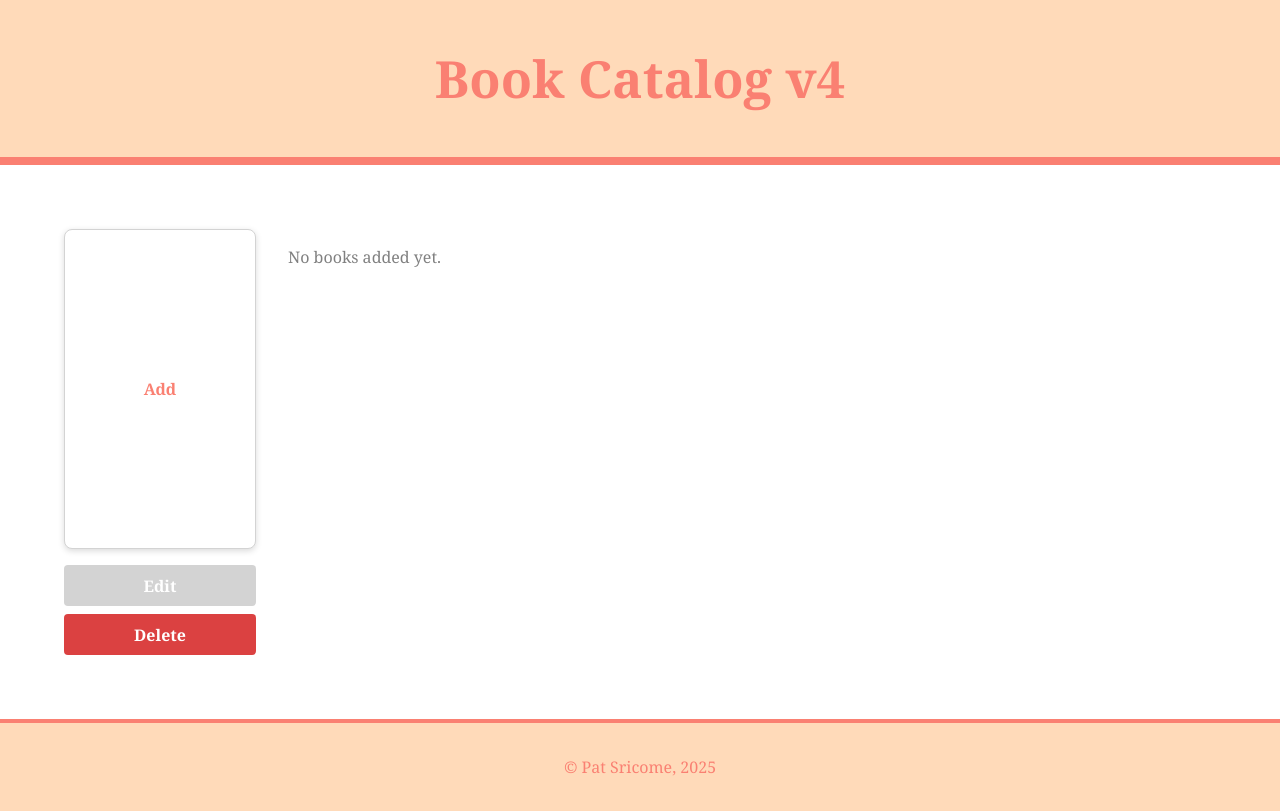
Repository: patcha-d3/book-catalog-v5
Page: /
These files come from the project's save history. The page is drawn as it stood at one moment and after the next save; the edit follows.
The browser window is 1280 px wide. The pictures show the whole page.
The project was rebuilt for these pictures with package versions that can differ from the ones it lists, and the page was loaded fresh each time. Also part of the build but not shown: vite.config.js, src/book.jsx.

Above is the page before, as saved 2025-10-14 20:41:22.

After the next save:
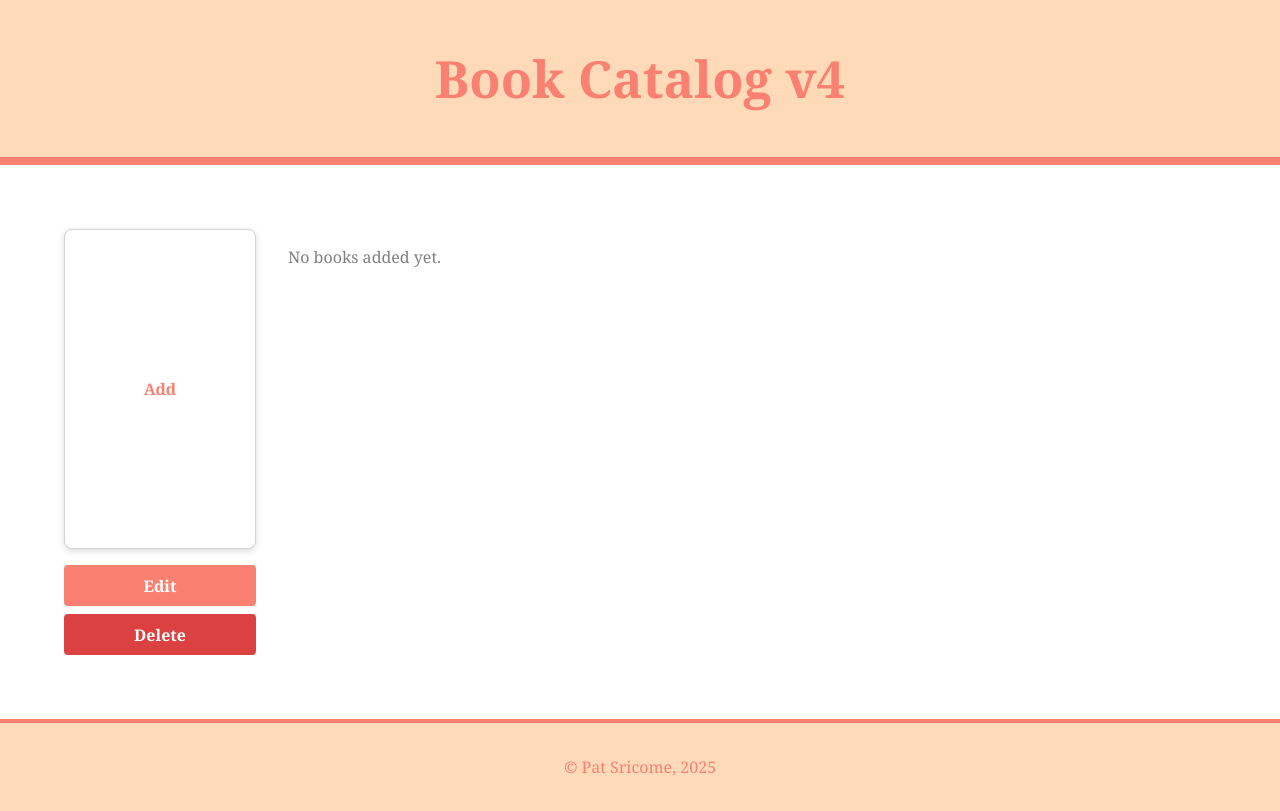
Saved 27 s later.
--- a/src/App.css
+++ b/src/App.css
@@ -287,7 +287,7 @@ dialog form {
 }
 
 .button-update {
-  background-color: #d3d3d3;
+  background-color: salmon;
 }
 
 .button-delete {
